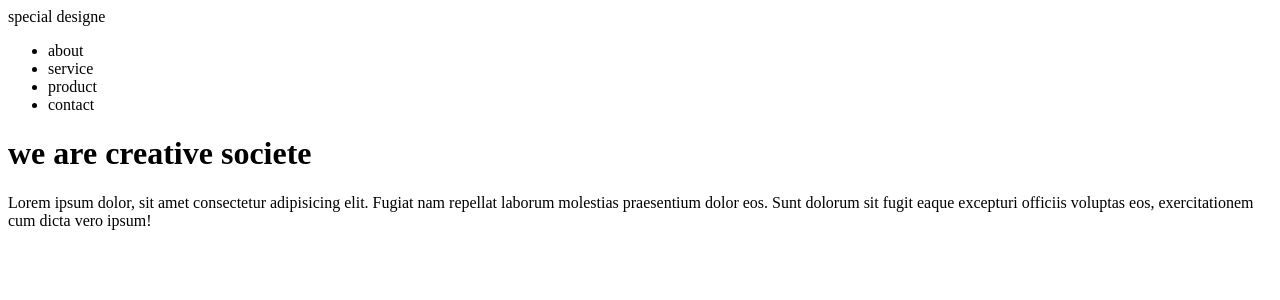
Repository: Bacemtouil-ZB/-Portfolio-Landing-Page
Page: index.html
These files come from the project's save history. The page is drawn as it stood at one moment and after the next save; the edit follows.
The browser window is 1280 px wide. The pictures show the whole page.

Above is the page before, as saved 2025-01-18 10:27:24.
Not found: js/master

### index.html
<!DOCTYPE html>
<html lang="en">

<head>
    <meta charset="UTF-8">
    <meta name="viewport" content="width=device-width, initial-scale=1.0">
    <title>portfolio</title>
    <link rel="stylesheet" href="css/master.css>
    <link rel=" stylesheet" href="css/normalize.css">
    <link rel="stylesheet"
        href="https://fonts.googleapis.com/css2?family=Open+Sans:ital,wght@0,300..800;1,300..800&display=swap">
</head>

<body>
    <script src=" js/master"></script>
    <!--start landing page -->
    <div class="landing-page">
        <div class="overlay"></div>
        <div class="header-area">
            <div class="logo">special designe </div>
            <ul>
                <li>about </li>
                <li>service</li>
                <li>product</li>
                <li>contact</li>
            </ul>
        </div>
        <div class="introduction-texte">
            <h1>we are creative societe</h1>
            <p>Lorem ipsum dolor, sit amet consectetur adipisicing elit. Fugiat nam repellat laborum molestias
                praesentium dolor eos. Sunt dolorum sit fugit eaque excepturi officiis voluptas eos, exercitationem cum
                dicta vero ipsum!</p>
        </div>
    </div>
</body>

</html>

### css/master.css
body {
    font-family: "open sans ", sans-serif;
}

/*start landing page */
.landing-page {
    min-height: 100vh;
    background-image: url('../img/mohammad-rahmani-8qEB0fTe9Vw-unsplash.jpg');
    background-size: cover;
}



/*end landing page */

Loaded but not shown: css/normalize.css (library)

After the next save:
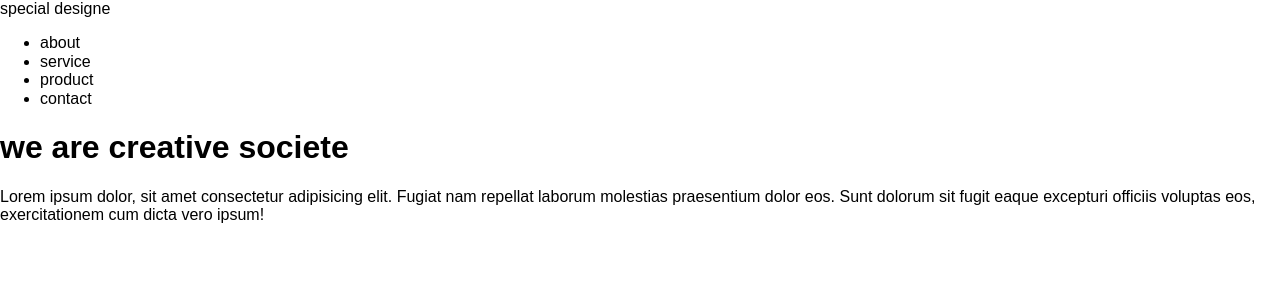
Not found: img/mohammad-rahmani-8qEB0fTe9Vw-unsplash.jpg
Saved 64 s later.
--- a/index.html
+++ b/index.html
@@ -5,7 +5,7 @@
     <meta charset="UTF-8">
     <meta name="viewport" content="width=device-width, initial-scale=1.0">
     <title>portfolio</title>
-    <link rel="stylesheet" href="css/master.css>
+    <link rel=" stylesheet" href="css/master.css">
     <link rel=" stylesheet" href="css/normalize.css">
     <link rel="stylesheet"
         href="https://fonts.googleapis.com/css2?family=Open+Sans:ital,wght@0,300..800;1,300..800&display=swap">
